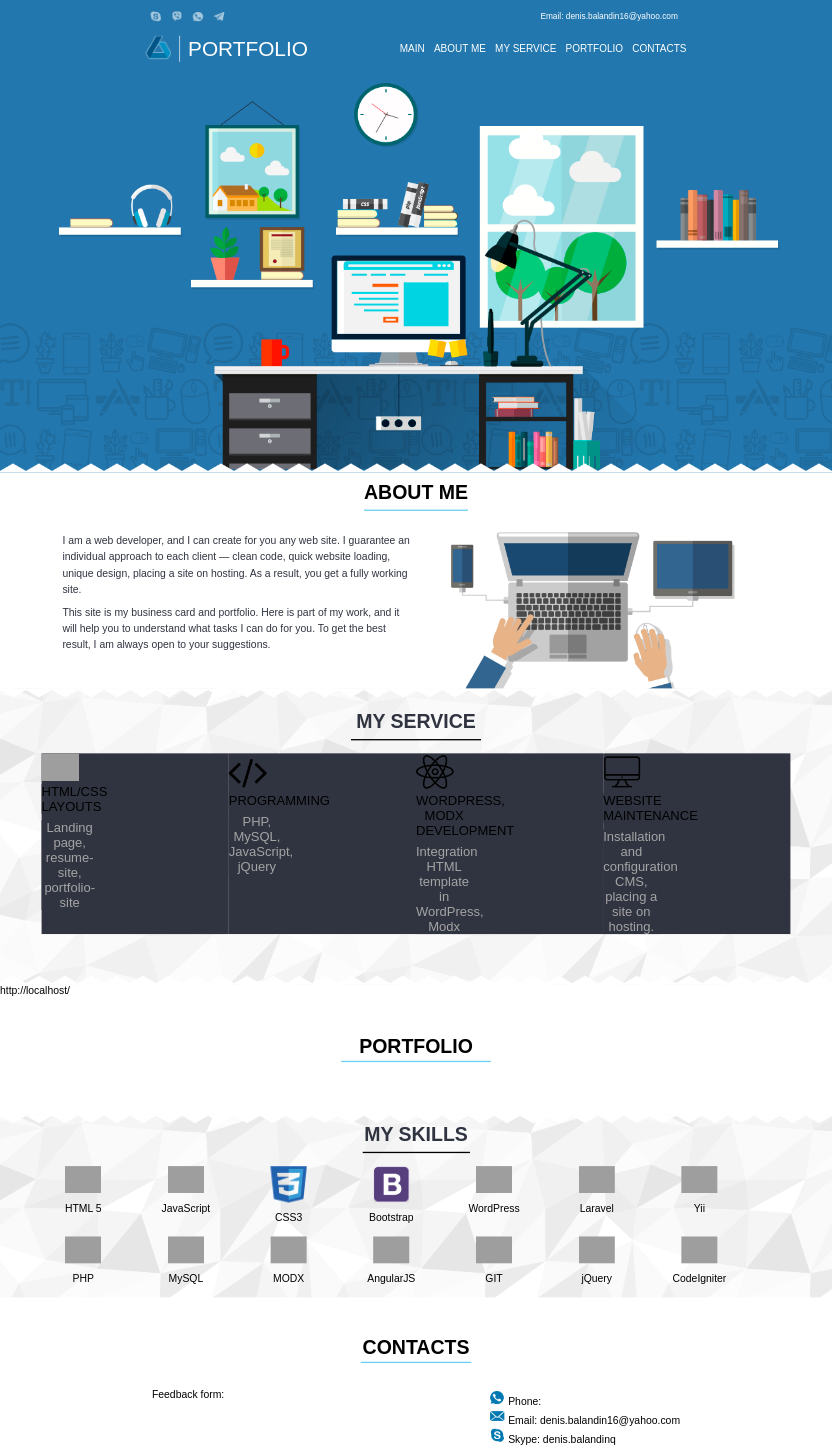
Repository: DenisBalandin/Portfolio
Page: /
The author's editor kept a copy of each file at every save. The page is drawn from the files as they stood at one save, then again after the next save.
The browser window is 1280 px wide. The pictures show the whole page, at 65% of full size.
Pictures or frames that could not be fetched are drawn as grey boxes. The page's requests for data from a server got no answer. The project was rebuilt for these pictures with package versions that can differ from the ones it lists, and the page was loaded fresh each time. No one was signed in, and anything a server would have sent is missing. Also part of the build but not shown: src/ItemPage.js.

Above is the page before, as saved 2020-03-07 13:01:04.

### src/App.js
import React from 'react';
import './style.scss';
import ItemPage from './ItemPage';
import Home from './Home';
import Header from './Header';


import {BrowserRouter as Router,Route, Link} from 'react-router-dom';

function App(){
  return (
    <Router>
      <Header/>
      <Route exact path="/pageitem" component={ItemPage} />

      <Route exact path="/pageitem/:itemid" component={ItemPage} />
      <Route exact path="/" component={Home} />
    </Router>
  );
}

export default App;

### src/style.scss
*{padding: 0; margin: 0;}
body{font-family: Arial; min-width: 500px; }
a{text-decoration: none; color: #FFFFFF; text-decoration: none;}
li{list-style: none;}

/* Heder */
#first_page_bg{
    width:100%;
    height: 70%;
    background: #2277ae;
    header{
        width: 65%;
        margin: 0 auto 0 auto;
        .up_menu_links{
            display: flex;
            justify-content: space-between;
           padding: 2% 0 0 0;
            .social_link{
                width: 30%;
                a{

                    img{
                        width: 7%;
                    }
                    margin: 0 3% 0 3%;
                }
            }
            .email_heder{
                 width: 30%;
                margin: 0 1.5% 0 0;
                a{
                    // display: flex;
                    .email_icon{
                        // width: 15%;
                        // width: 100%;
                        img{
                            width: 100%;
                            // position: absolute;
                            margin: 0 0 0 -2%;
                            // height: 100%;
                        }
                    }
                    div{
                        margin: 0.3% -2% 0 15%;
                        font-size: 1.0vw;
                    }
                }
            }
        }
        menu{
            margin:2% 0 5% 0;
            display: flex;
            justify-content: space-between;
            flex-wrap: wrap;
            width: 100%;
            .logo{
                width: 30%;
                display: flex;
                height: 100%;
                img{
                   width: 100%;
                //    height: 100%;
                //    margin: 5% 0 0% 0;
                }
                .company_name{
                    margin: auto;
                    margin: 0% 0 0 5%;
                    // height: 90%;
                    padding: 0 0 0 5%;
                    border-left: #FFFFFF 1px solid;
                    font-size: 2.5vw;
                    // height: 100%;
                    display: table;
                    a{
                        vertical-align: middle;
                    }
                }
            }
            .menu_heder{
                padding: 1.2% 0 0 0;
                width: 53%;
                display: flex;
                justify-content: space-between;
                div{
                    display: table;
                    a{
                        font-size: 1.2vw;
                        vertical-align: middle;

                    }
                    a:hover{
                        text-decoration: underline;
                    }
                }
            }
        }
    }
}
/*Heder end*/

/*Page*/
#first_page_bg_single{ width: 100%; height: 195px; background: #2277ae; padding:0px 0 0 0; overflow: hidden;}
.bg_page_insaide_page{width: 100%; background: url("img/pattop1.png") repeat-x; height: 230px; position: relative; z-index:5;}
.deltatop_page_page{width: 100%; background: url("img/deltatop.png") repeat-x; height: 14px; position: relative; z-index: 20; margin: -13px 0 0 0;}
#content_page{
    max-width: 1200px;
    margin: 30px auto 0px auto;
    display: flex;
    flex-wrap: wrap;
    flex-direction: row;
    justify-content: space-around;
}
.content_pageh1{
    font-size: 30px;
    text-transform: uppercase;
    text-align: center;
    font-weight: bold;
    position: relative;
    margin-bottom: 30px;
    color:#303440;
    text-decoration: underline;
    padding: 40px 0 10px 0;
}
#content_page img{
    width: 100%;
    height: auto;
}
/*Page end*/
.order_site{float: right; margin: 15px 0 0 20px; width: 178px; height: 30px; border: 1px solid #6ca6cd; text-align: center; color: #ffffff; padding: 10px 0 0 0; font-size: 14px; box-shadow: 9px 8px 4px -7px #2277ae; }
.order_site:hover{background: #0298cc; cursor: pointer;}
.company_name{
    color: #ffffff;
    font-size: 45px;
    margin: -10px 0 0 15px;
}
.company_name a{color: #FFFFFF;}
.company_name a:hover{color: #FFFFFF; text-decoration: none;}
.logo_border{
    width: 1px; height: 50px; background: #FFFFFF; margin: 0 10px 0 25px;
}
.content_description{
    max-width: 750px;
    height: 60px;
    float: left;
    font-size: 14px;
    color: #303440;
    margin: 0 0px 0 0;
}
.tools{ font-size: 15px; color: #303440; padding: 0 0 0 0px; }
.content_link{font-size: 15px; color: #303440; margin:0px 0 20px 0;}
.content_link a{color: #303440; text-decoration: underline;}
.content_link a:hover{text-decoration: none;}
.content_text{
    width: 80%;
    background: #fff;
    border: 1px solid #59759b;
    overflow: hidden;
    margin: 0 auto 0 auto;
}
.content_text img{
    width: 100%!important;
    height: 50%!important;
}
.web_line{ background:url("img/web_line.jpg")no-repeat;  display: inline-block; height: 69px; max-width: 1150px; margin: 0 0 -5px 0; border-right: 1px solid #59759b; border-left: 1px solid #59759b; border-top: 1px solid #59759b;}
.content_url{float: left; margin: 40px 0 0 160px;}
.content_url a{color: #585353;}
/*Links end*/
.flex-container {
    display: flex;
    flex-direction:  row-reverse;
}
/*Top Menu*/
.heder_menu{
    display: flex;
}
.top_menu{
    margin: 20px 0;
    display: flex;
    flex-direction:row;
}
/*Page bg*/
.page_bg{
    margin: -10px auto 0 auto;
}
.bg_page_insaide{width: 100%; background: url("img/pattop.png") repeat-x;  position: relative; z-index:5; background-position: bottom;
    display: flex;
    flex-direction: column;
}
.bg_page_insaide_single{width: 100%; margin: 15px 0 0 0; background: url("img/pattop.png") repeat-x; height: 130px; position: relative; z-index:5;}
.deltatop_page{width: 100%; background: url("img/deltatop.png") repeat-x; height: 14px; position: relative; z-index: 20; margin: -14px 0 0 0;}
/*Page bg end*/

/*About me*/
#about_me{
    width: 85%;
    margin:  1% auto 0% auto;
    h1{
        font-size: 30px;
        text-transform: uppercase;
        margin: 0 auto 2% auto;
        font-weight: bold;
        position: relative;
        border-bottom: 2px solid #6dcff6;
        width: 160px;
        padding: 0 0 10px 0;
    }
    .about_me_content{
    display: inline-block;
    height: 40%!important;

        p{
            box-sizing: border-box;
            font-size: 20px "Roboto";
            line-height: 25px;
            color: #303440; margin: 1% 0 1% 0;
        }
        img{
            // width: 30%;
            padding: 0 5% 0 5%;
            margin: 0 0 0% 0;

        }
    }
}
/*About me end*/

/*My Service*/
#my_service_bg{
    height: 100%;
    background: url("img/bgdelta.png") repeat-x;
    h3{
        font-size: 30px;
        text-transform: uppercase;
        font-weight: bold;
        color: #303440;
        width: 200px;
        text-align: center;
        margin: 20px auto 20px auto;
        border-bottom: 2px #000000 solid;
        padding: 0 0 10px 0;
    }
    .my_service_line_top{
        width: 100%;
        height: 14px;
        background: url("img/deltabottom.png") repeat-x;
    }
    .my_service_line_bottom{
        width: 100%;
        height: 14px;
        background: url("img/deltatop.png") repeat-x;
    }
    #my_service{
        width: 90%;
        margin: 0px auto 5% auto;
        display: flex;
        // flex-wrap: wrap;
        justify-content: center;

        div{
            background: #303440;



            width: 30%;
            img{
                width: 20%;
                margin:  0 auto 0 auto;
            }
            .text_1{
                text-align: center;
                // padding: 0 25px 0 25px;
                font-size: 20px;
            }
            .text_2{
                text-align: center;
                // padding: 0 25px 0 25px;
                color:#a4a4a4;
                font-size: 20px;
                // width: 300px;
            }
        }
    }
}


/*My service end*/

/*Portfolio*/
#portfolio{
    max-width: 1200px;
    margin: 0 auto 40px auto;
    display: flex;
    flex-direction:row;
    flex-wrap: wrap;
    justify-content: center;
}
.portfolioh3{
    font-size: 30px;
    text-transform: uppercase;
    text-align: center;
    font-weight: bold;
    position: relative;
    border-bottom: 2px solid #6dcff6;
    width: 230px;
    margin: 60px auto 40px auto;
    padding: 0 0 5px 0;
}
#portfolio .portfolioblock{
    border: 1px solid #bfd2e1;
    width: 368px;
    margin: 10px;
    box-shadow: 5px 5px 4px -5px #000000;
}
#portfolio div img{
    margin: -12px 0 0px 0;
    display: inline-block;
}
.p_name{
    background:#2d7eb2;
    text-align: center;
    height: 40px;
    opacity: 0.8;
    padding: 2px 20px;
    margin: 0 auto 0 auto;
}
.p_name a{
    font-size: 20px;
    color: #ffffff;
}
.p_name:hover{
    text-decoration: none;
}
/*Portfolio end*/

/*Content blog*/
#content_blog{ max-width: 1200px;  margin: 0 auto 40px auto; min-height: 300px;}
/*Content blog end*/



/*I used*/
#my_skils_bg{
    width: 100%;
    height: 100%;
    background: url("img/bgdelta.png") repeat-x;
    margin: 0 0 40px 0;
}
.my_skils_line_top{
    width: 100%;
    height: 14px;
    background: url("img/deltabottom.png") repeat-x;
}
.my_skils_line_bottom{
    width: 100%;
    height: 14px;
    background: url("img/deltatop.png") repeat-x;
}
#my_skils{
    max-width: 1200px;
    margin: 10px auto 0px auto;
    display: flex;
    flex-direction:row;
    flex-wrap: wrap;
}
#my_skils div img{}
.my_skillsh3{
    font-size: 30px;
    text-transform: uppercase;
    font-weight: bold;
    color: #303440;
    width: 165px;
    text-align: center;
    margin: 0 auto 20px auto;
    border-bottom: 2px #000000 solid;
    padding: 0 0 10px 0;
}
#my_skils div{ width: 140px; text-align: center; margin: 0 0 20px 18px;}
#my_skils div img{margin: 0 0 10px 0; width:40%;}
.about_me_img{}
.text_1{ text-align: center;}
.text_2{ text-align: center; margin: 10px 0 0 0; color:#a4a4a4; font-size: 13px;}
/*I used end*/

/*Portfolio*/
.contactsh3{
    font-size: 30px;
    text-transform: uppercase;
    text-align: center;
    font-weight: bold;
    position: relative;
    border-bottom: 2px solid #6dcff6;
    width: 170px;
    margin: 60px auto 40px auto;
    padding: 0 0 5px 0;
}
#contacts{
    max-width: 1200px;
    margin: 0 auto 0px auto;
    display: flex;
    flex-direction:row;
    flex-wrap: wrap;
    justify-content: space-around;
}
.formcont{ margin: 0 20px 0 0;}
.formcont input{border: 1px solid #dddddd; margin: 10px 0 10px 0; width: 250px; height: 30px; color: #666666; padding: 0 0 0 10px;}
.formcont textarea{border: 1px solid #dddddd; margin: 10px 0 10px 0; width: 410px; height: 70px; color: #666666; padding: 15px 0 0 10px;}
.formcont button{ background:#0298cc; height: 40px; width: 180px; color: #ffffff; font-size: 18px; border: 1px solid #6ca6cd; cursor: pointer;}
.formcont button:hover{ background:#2277ae;}
/*Portfolio end*/

/*Footer*/
#footer_bg{background: #2277ae; width: 100%; height: 100px; margin: 50px 0 0 0; }
#footer{max-width: 1200px;  margin: 10px auto 0px auto; height: 50px;}
.copyright{ color: #ffffff; margin: 25px 0 0 10px;}
.footermenu{ margin: 25px 0 0 0;}
.footermenu li{float: left; font-size: 14px; margin: 0 10px 0 10px; color: #ffffff; border-bottom: 1px solid #ffffff;}
.footermenu li:hover{border-bottom: 1px solid #2277ae;}
/*footer end*/


@media all and (max-width: 900px) {
    menu{
        display: block!important;
        .logo{
            width: 60%;
           margin: 2% auto 2% auto;
        }
        .menu_heder{
            width: 90%!important;
            margin: 2% auto 4% auto;
            a{
                font-size: 2vw!important;
            }

        }
    }
    .social_link{
        display: none
    }
    .email_heder{
        display: none
    }
    #my_service div img {
        width: 0%;
    }

    #about_me p img {
        width: 0%;
    }

    #my_skils div img {
        width: 0% !important;
    }

    #my_skils{
        justify-content: space-around!important;
    }
    #my_skils div{
        margin: 0 !important;
    }
    .top_menu{
        display: none!important;
    }
    .menu{
        margin: 10px 0 40px 0!important;
        justify-content: space-around !important;
    }
    #about_me p{
        padding: 0 30px 0 30px!important;
    }
}

### src/Home.js
import React,{Component} from 'react';
import AboutMe from './AboutMe';
import MyService from './MyService';
import MySkills from './MySkills';
import Contacts from './Contacts';
import Portfolio from './Portfolio';
import {BrowserRouter as Router,Route, Link} from 'react-router-dom';


class Home extends Component{
    render(){
        return(
            <div>
                <Router>
                    <AboutMe/>
                    <MyService/>
                    <Portfolio/>
                    <MySkills/>
                    <Contacts/>
                </Router>
            </div>
        );
    }
}
export default Home;

### src/AboutMe.js
import React from 'react';
import aboutme from './img/aboutme.png';

function AboutMe(){
    return(
        <div id="about_me">
            <h1>ABOUT ME</h1>
            <div className="about_me_content">
                <p>
                    <img className="about_me_img" align="right" src={aboutme} width="40%"/>
                    I am a web developer, and I can create for you any web site. I guarantee an individual approach to each client — clean code, quick website loading, unique design, placing a site on hosting. As a result, you get a fully working site.
                </p>
                <p>
                    This site is my business card and portfolio. Here is part of my work, and it will help you to understand what tasks I can do for you. To get the best result, I am always open to your suggestions.
                </p>
            </div>
        </div>
    );
}
export default AboutMe;

### src/MyService.js
import React from 'react';
import html_icon from './img/html_icon.png';
import code_icon from './img/code_icon.png';
import react from './img/react_icon.png';
import display_icoon from './img/display_icoon.png';

function MyService(){
    return(
        <div id="my_service_bg">
          <div className="my_service_line_top"></div>
          <h3>MY SERVICE</h3>
          <div id="my_service">
              <div>
                <img src={html_icon} />
                <div className="text_1">HTML/CSS LAYOUTS</div>
                <div className="text_2">Landing page, resume-site, portfolio-site</div>
              </div>
              <div>
                <img  src={code_icon} />
                <div className="text_1">PROGRAMMING</div>
                <div className="text_2">PHP, MySQL, JavaScript, jQuery</div>
              </div>
              <div>
                <img src={react}/>
                <div className="text_1">WORDPRESS, MODX DEVELOPMENT</div>
                <div className="text_2">Integration HTML template in WordPress, Modx</div>
              </div>
              <div>
                <img src={display_icoon}/>
                <div className="text_1">WEBSITE MAINTENANCE</div>
                <div className="text_2">Installation and configuration CMS, placing a site on hosting.</div>
              </div>
          </div>
          <div className="my_service_line_bottom"></div>
      </div>
    );
}
export default MyService;

### src/MySkills.js
import React from 'react';
import css3 from './img/css3.png';
import bootstrap from './img/bootstrap.png';

function MySkills(){
    return(
        <div id="my_skils_bg">
            <div className="my_skils_line_top"></div>
            <h3 className="my_skillsh3">My Skills</h3>
            <div id="my_skils">
                <div>
                    <img src="<?php bloginfo('template_directory'); ?>/img/html5.png" />
                    <p>HTML 5</p>
                </div>
                <div>
                    <img src="<?php bloginfo('template_directory'); ?>/img/js.png"/>
                    <p>JavaScript</p>
                </div>
                <div><img src={css3}/> <p>CSS3</p></div>
                <div><img src={bootstrap}/><p>Bootstrap</p></div>
                <div><img src="<?php bloginfo('template_directory'); ?>/img/wordpress.png"/><p>WordPress</p></div>
                <div><img src="<?php bloginfo('template_directory'); ?>/img/laravel.png"/><p>Laravel</p></div>
                <div><img src="<?php bloginfo('template_directory'); ?>/img/yii.png"/><p>Yii</p></div>
                <div><img src="<?php bloginfo('template_directory'); ?>/img/php.png"/><p>PHP</p></div>
                <div><img src="<?php bloginfo('template_directory'); ?>/img/mysql.png"/><p>MySQL</p></div>
                <div><img src="<?php bloginfo('template_directory'); ?>/img/modx.png"/><p>MODX</p></div>
                <div><img src="<?php bloginfo('template_directory'); ?>/img/angular.png"/><p>AngularJS</p></div>
                <div><img src="<?php bloginfo('template_directory'); ?>/img/git.png"/><p>GIT</p></div>
                <div><img src="<?php bloginfo('template_directory'); ?>/img/jquery.png"/><p>jQuery</p></div>
                <div><img src="<?php bloginfo('template_directory'); ?>/img/codeigniter.png"/><p>CodeIgniter</p></div>
            </div>
            <div className="my_service_line_bottom"></div>
        </div>
    );
}
export default MySkills;

### src/Contacts.js
import React from 'react';
import skype_cont from './img/skype_cont.jpg';
import mail_cont from './img/mail_cont.jpg';
import phone_cont from './img/phone_cont.png';

function Contacts(){
    return(
        <>
            <h3 className="contactsh3">CONTACTS</h3>
            <div id="contacts">
                <div className="formcont">
                    <p>Feedback form:</p>

                </div>
                <div className="contacts">
                    <div>
                    <img src={phone_cont}/> <span>Phone:</span>
                    </div>
                    <div>
                    <img src={mail_cont}/> <span>Email: denis.balandin16@yahoo.com  </span>
                    </div>
                    <div>
                    <img src={skype_cont}/> <span>Skype: denis.balandinq </span>
                    </div>
                </div>
            </div>
        </>
    );
}
export default Contacts;

### src/Portfolio.js
import React,{Component} from 'react';
import portfolioicon from './img/portfolioicon.jpg';
import { db } from "./firebase";
import ReactHtmlParser, { processNodes, convertNodeToElement, htmlparser2 } from 'react-html-parser';
import {BrowserRouter as Router,Route, Link} from 'react-router-dom';

class Portfolio extends Component{
    constructor(props){
        super(props);
        this.state = {
            pages:[]
        }
    }
    componentDidMount(){
        this.getFetch();
    }
    getFetch = () => {
        // db.collection("messages")
        // .get()
        // .then(querySnapshot => {
        //     let fullArray = [];
        //     const data = querySnapshot.docs.map(doc => doc.data());
        //     for(var int = 0; int < data.length; int++){
        //         fullArray[int] = {
        //             name: data[int].name,
        //             date:data[int].date,
        //             check:data[int].check,
        //             id: querySnapshot.docs[int].id,
        //         }
        //     }
        //     this.setState({ users: fullArray });
        // });
        fetch('http://testwoo/wp-json/wp/v2/posts')
        .then(response => response.json())
        .then(
            result => this.setState({
                pages:result
            })
        );
    }

    render(){
       return(
           <>
           {window.location.href}
            {/* <Route exact path="/"  component={Home}/> */}
            <h3 className="portfolioh3">PORTFOLIO</h3>
            <div id="portfolio">
                {this.state.pages.map((page, index)=>
                    <div className="portfolioblock">
                        {/* <Link to={`/pageitem/${page.id}`}>
                            <img src={portfolioicon}  width="368"/>
                            { ReactHtmlParser(page.excerpt.rendered)}
                        </Link>
                        <div className="p_name">
                            <a href="/pexuniverse/">{page.title.rendered}</a>
                        </div> */}
                    </div>
                )}


            </div>
        </>
       );
   }
}
export default Portfolio;

### src/firebase.js
import firebase from 'firebase';

const firebaseApp = firebase.initializeApp({
    apiKey: "AIzaSyBH21wpMVzXC2kYGnD8x1tI6ru-zdWNAqs",
    authDomain: "test-4ba23.firebaseapp.com",
    databaseURL: "https://test-4ba23.firebaseio.com",
    projectId: "test-4ba23",
    storageBucket: "test-4ba23.appspot.com",
    messagingSenderId: "597606478464",
    appId: "1:597606478464:web:6e48455407186638df2c65",
    measurementId: "G-NDR2C185V9"
});

const db = firebaseApp.firestore();

export {db};

Loaded but not shown: public/index.html (common file); src/index.js (common file); src/index.css (common file); src/serviceWorker.js (common file); src/Header.js (72 lines, source omitted)

After the next save:
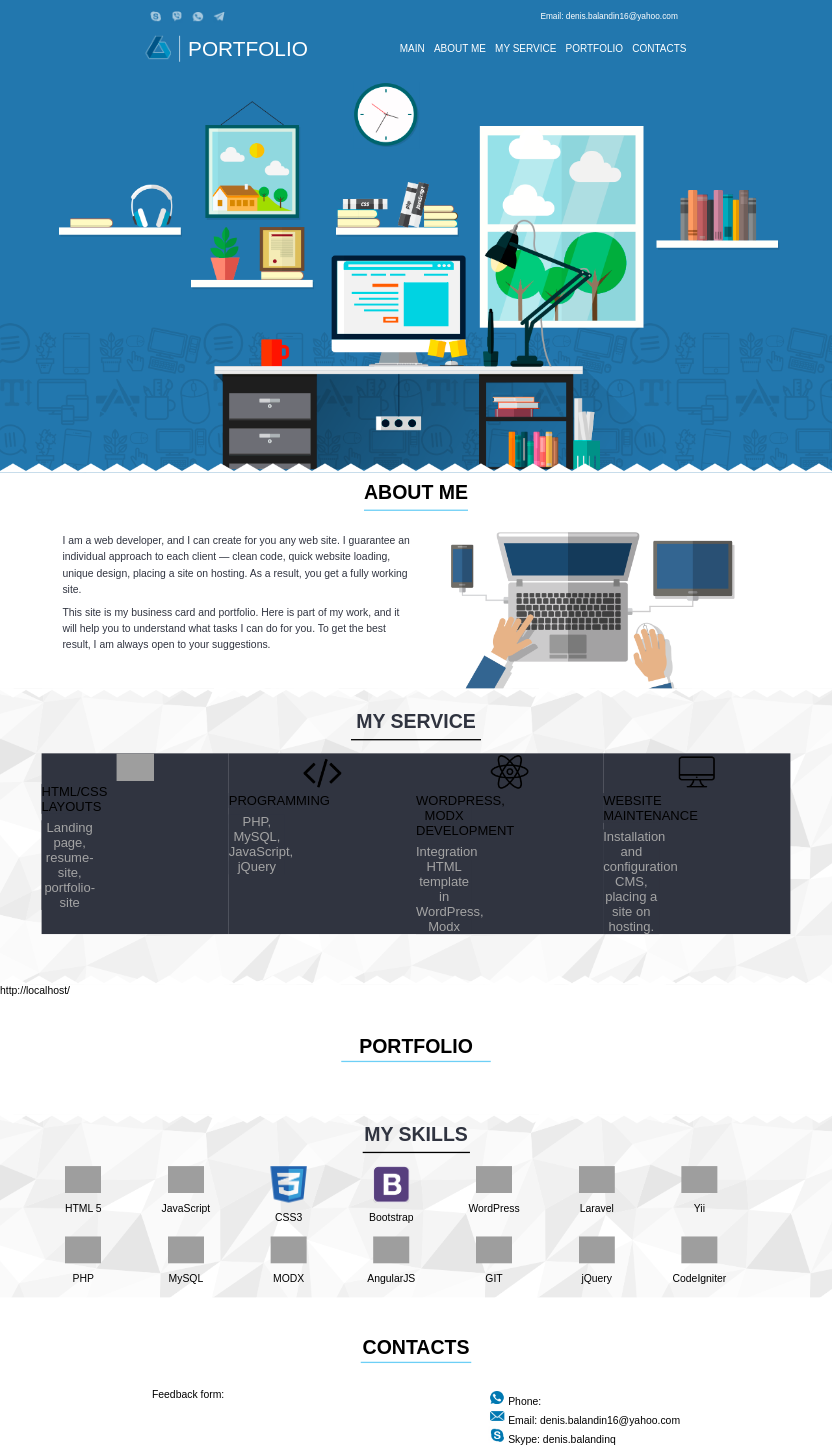
Saved 25 s later.
--- a/src/style.scss
+++ b/src/style.scss
@@ -259,7 +259,7 @@
         div{
             background: #303440;
 
-
+            text-align: center;
 
             width: 30%;
             img{
@@ -267,12 +267,12 @@
                 margin:  0 auto 0 auto;
             }
             .text_1{
-                text-align: center;
+
                 // padding: 0 25px 0 25px;
                 font-size: 20px;
             }
             .text_2{
-                text-align: center;
+
                 // padding: 0 25px 0 25px;
                 color:#a4a4a4;
                 font-size: 20px;
